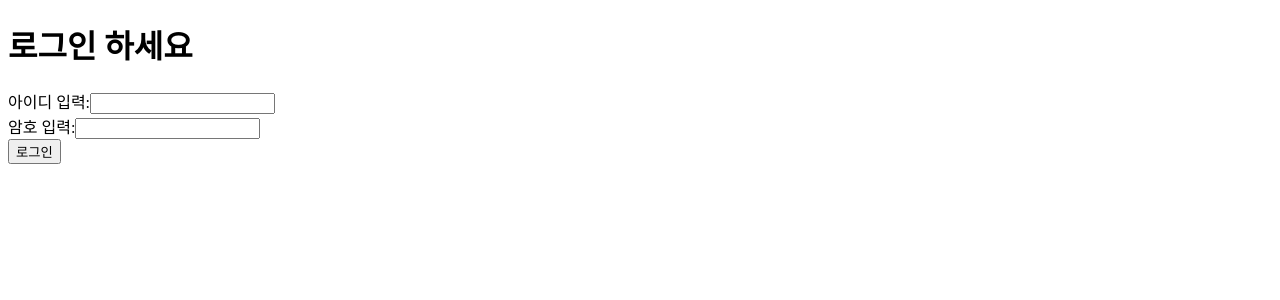
Repository: kwan9069/Starters_Webserver
Page: servlettest/src/main/webapp/login.html
The author's editor kept a copy of each file at every save. The page is drawn from the files as they stood at one save, then again after the next save.
The browser window is 1280 px wide. The pictures show the whole page.

Above is the page before, as saved 2023-01-04 01:52:59.

After the next save:
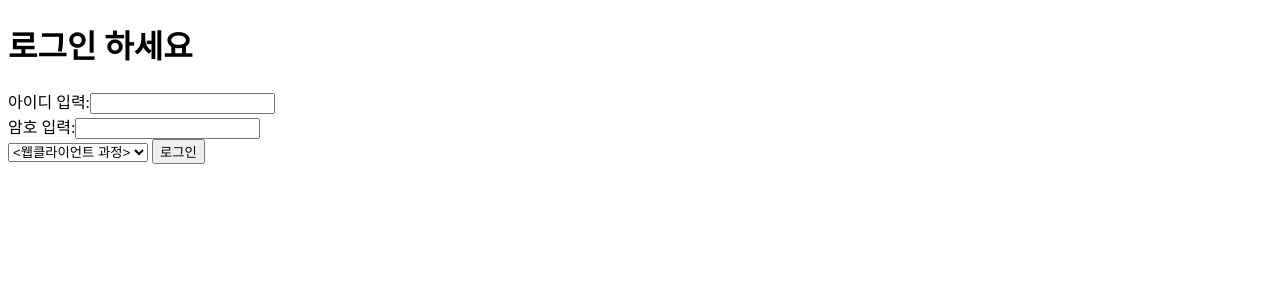
Saved 2 s later.
--- a/servlettest/src/main/webapp/login.html
+++ b/servlettest/src/main/webapp/login.html
@@ -15,6 +15,12 @@ html 태그 속성 url --"/a" -- http://localhost:8081/a
 <form action="/servlettest/loginprocess">
 아이디 입력:<input type="text" name= "id" ><br>
 암호 입력:<input type="password" name= "pw" ><br>
+<select name="title">
+<option> <웹클라이언트 과정></option>
+<option> <웹서버 과정></option>
+<option> <데이터베이스 과정></option>
+<option> <서비스 배포 과정></option>
+</select>
 <input type=submit value="로그인">
 </form>
 </body>
